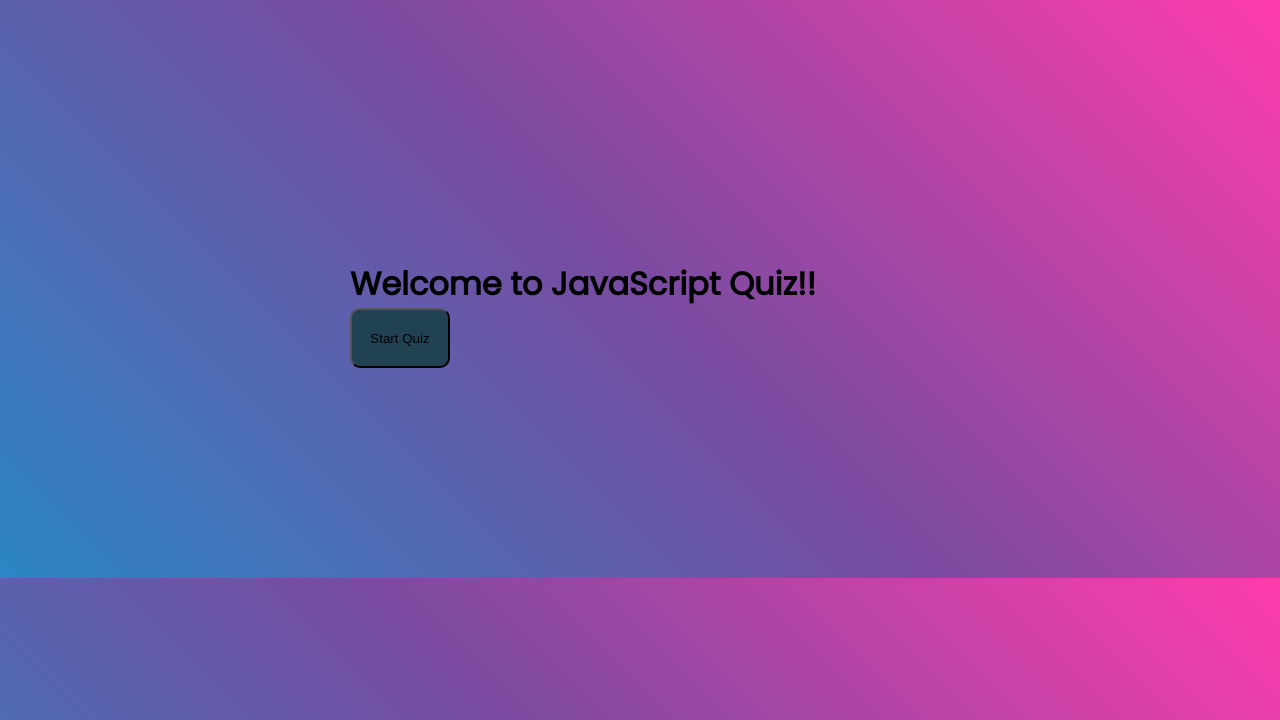
Repository: Mf948/javaQuiz
Page: index.html
An editor plug-in stored every save of this project. The page is shown before and after the next save, followed by the edit.
The browser window is 1280 px wide. The pictures show the whole page.

Above is the page before, as saved 2020-12-03 16:17:47.

After the next save:
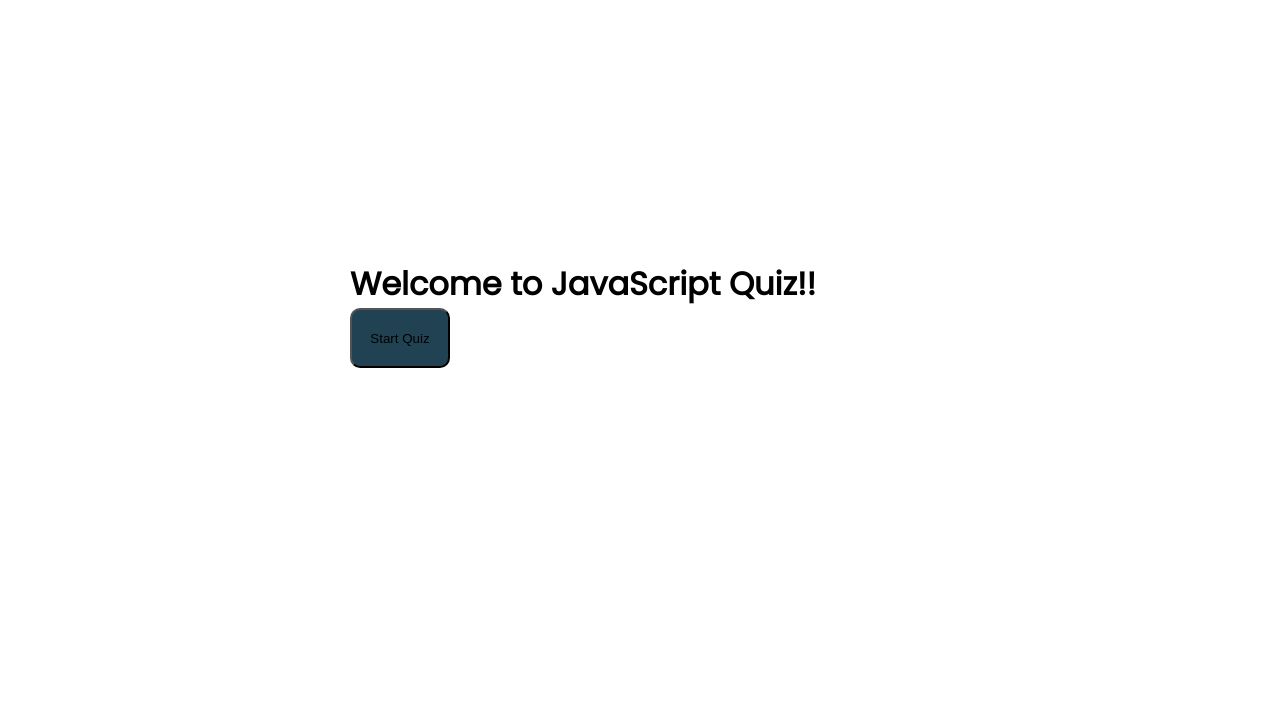
Saved 9 s later.
--- a/stylesheet.css
+++ b/stylesheet.css
@@ -1,6 +1,6 @@
 body{
     font-family: 'Poppins', sans-serif;
-    background-color: #FF3CAC;
+    background-color:
 background-image: linear-gradient(225deg, #FF3CAC 0%, #784BA0 50%, #2B86C5 100%);
 margin: auto;
 width: 50%;
